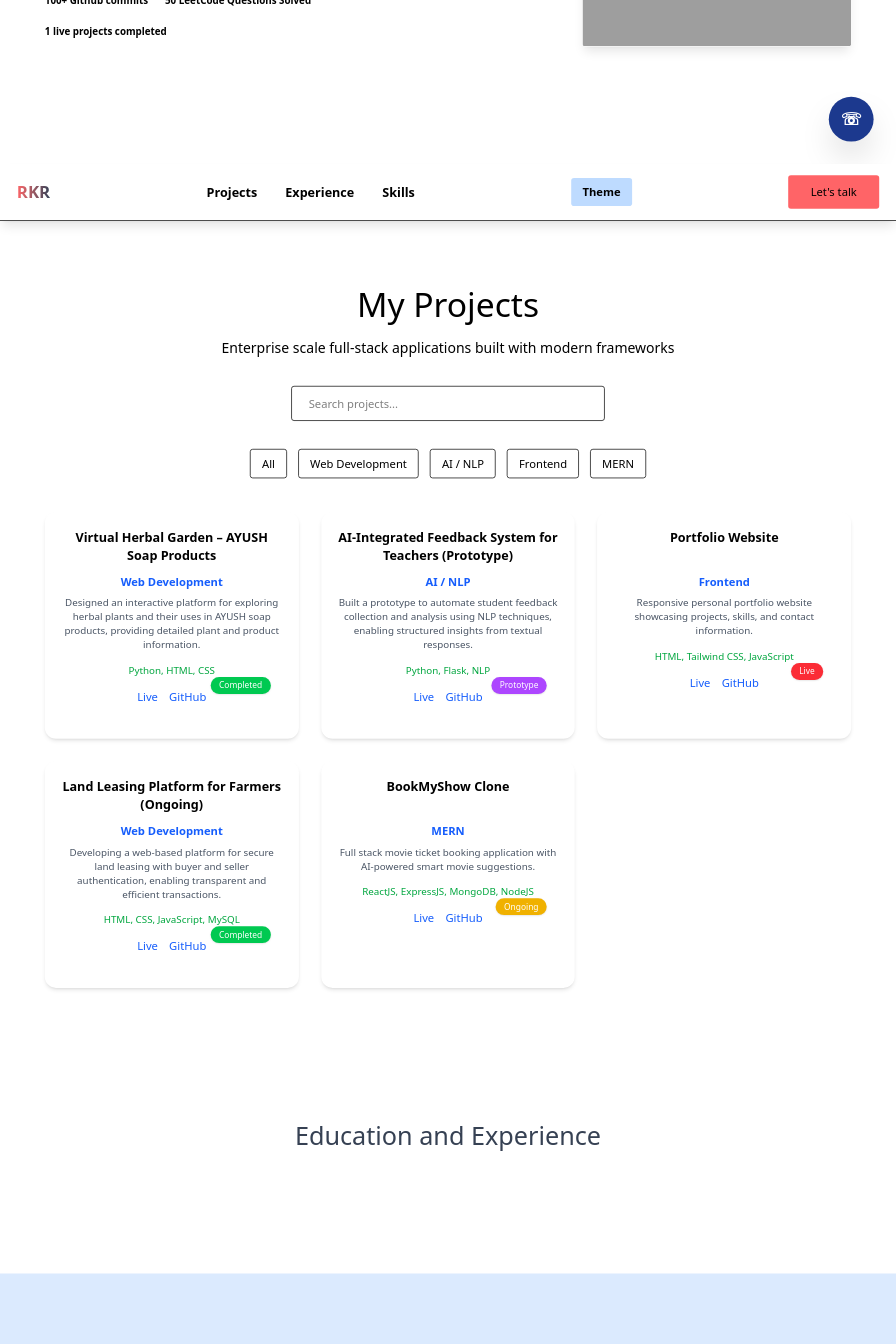
Repository: Rhaashee/myProfile
Page: index.html
An editor plug-in stored every save of this project. The page is shown before and after the next save, followed by the edit.
The browser window is 1280 px wide. The pictures show the part of the page from y = 485 to 2405 px (the page is 3161 px tall), at 70% of full size.
Pictures or frames that could not be fetched are drawn as grey boxes.

Above is the page before, as saved 2026-04-27 17:12:28.
Console error: SyntaxError: Identifier 'projectsData' has already been declared

### index.html
<!-- MERN_Stu_FebMay26Mys\W4\D5\portfolio-project\index.html -->
<!DOCTYPE html>
<html lang="en">

<head>
    <meta charset="UTF-8">
    <meta name="viewport" content="width=device-width, initial-scale=1.0">

    <title>Week 3 & 4 Portfolio Project</title>

    <script src="https://cdn.jsdelivr.net/npm/@tailwindcss/browser@4"></script>

    <link rel="stylesheet" href="css/custom.css">

</head>

<body>
    <!-- HERO SECTION -->

    <section
        class="min-h-screen flex flex-col lg:flex-row lg:items-center lg:justify-between px-8 lg:px-16 py-20 gap-12 lg:gap-20">

        <div class="order-2 lg:order-1 flex-1 lg:max-w-lg text-center lg:text-left">

            <h1 class="text-5xl mb-6 font-bold" style="font-family: 'Poppins', sans-serif;">Rhaashee L</h1>

            <p class="text-xl lg:text-2xl text-slate-600 font-bold mb-10 max-w-md mx-auto lg:mx-0">
                Full-Stack developer | MERN enthusiast | Competitive Programmer
            </p>

            <div
                class="flex flex-col sm:flex-row gap-4 justify-center lg:justify-start items-center lg:items-start mb-8">

                <a href="#projects" class="bg-red-400 hover:bg-green-500 px-10 py-4 rounded shadow-xl">
                    View Projects
                </a>

                <a href="#resume" class="bg-blue-400 hover:bg-green-500 px-10 py-4 rounded shadow-xl">
                    Download Resume
                </a>

            </div>

            <div class="flex flex-wrap gap-6 justify-center lg:justify-start text-sm font-bold">

                <span>100+ Github commits</span>
                <span>50 LeetCode Questions Solved</span>
                <span>1 live projects completed</span>

            </div>

        </div>

        <div class="order-1 lg:order-2 w-full lg:w-96 max-w-sm mx-auto lg:mx-0">

            <img src="assets/images/img.jpg" alt="My photo"
                class="aspect-square w-full rounded shadow-lg mx-auto lg:mx-0 hover:ring-blue-500 transition-all duration-300 hover:scale-[1.02]"
                loading="lazy">

        </div>

    </section>

    <!-- NAVBAR -->

    <nav class="sticky top-0 z-50 bg-white/95 backdrop-blur-md border-b shadow-lg">

        <div class="max-w-7xl mx-auto px-6 py-4 flex items-center justify-between">

            <a href="#"
                class="text-2xl font-bold bg-clip-text bg-gradient-to-r from-red-400 to-slate-700 text-transparent">
                RKR
            </a>

            <ul class="hidden md:flex items-center gap-10">

                <li><a href="#projects" class="text-lg font-bold hover:text-blue-600">Projects</a></li>

                <li><a href="#experience" class="text-lg font-bold hover:text-blue-600">Experience</a></li>

                <li><a href="#skills" class="text-lg font-bold hover:text-blue-600">Skills</a></li>

            </ul>
            <button id="theme-toggle" class="bg-blue-200 px-4 py-2 rounded font-bold">Theme</button>
            <a href="#contact" class="bg-red-400 hover:bg-green-500 rounded transition-all duration-300 px-8 py-3">
                Let's talk
            </a>

        </div>

    </nav>

    <!-- PROJECTS -->

    <section id="projects" class="py-24 px-8 lg:px-16">

        <div class="max-w-7xl mx-auto">

            <div class="text-center mb-10">

                <h2 class="text-4xl lg:text-5xl mb-6">My Projects</h2>

                <p class="text-xl max-w-2xl mx-auto">
                    Enterprise scale full-stack applications built with modern frameworks
                </p>

            </div>

            <!-- Project Search (Feature will attach here) -->

            <div class="mb-10 text-center">

                <input id="project-search" type="text" placeholder="Search projects..."
                    class="border rounded px-6 py-3 w-full max-w-md">

            </div>

            <!-- Project Filter Bar -->

            <div id="project-filters" class="flex flex-wrap justify-center gap-4 mb-12">
            </div>

            <!-- Dynamic container for projects -->

            <div id="projects-container" class="grid grid-cols-1 md:grid-cols-2 lg:grid-cols-3 gap-8">
            </div>

        </div>

    </section>

    <!-- EXPERIENCE -->

    <section id="experience" class="py-24 px-8 lg:px-16">

        <div class="max-w-4xl mx-auto">

            <h2 class="text-4xl text-gray-700 text-center mb-20">
                Education and Experience
            </h2>

            <!-- existing experience cards remain unchanged -->

        </div>

    </section>

    <!-- SKILLS -->

    <section id="skills" class="py-24 px-8 lg:px-16 bg-blue-100">

        <div class="max-w-7xl mx-auto">

            <h2 class="text-4xl text-center font-bold mb-20">
                Skills
            </h2>

            <!-- Dynamic Skills Container -->

            <div id="skills-container" class="grid grid-cols-1 md:grid-cols-2 lg:grid-cols-4 gap-8">
            </div>

        </div>

    </section>

    <!-- CONTACT MODAL -->

    <button id="modal-trigger"
        class="fixed bottom-8 right-8 w-16 h-16 bg-blue-900 text-white rounded-full shadow-2xl flex items-center justify-center text-2xl font-bold">
        ☏
    </button>

    <div id="contact-modal" class="fixed inset-0 z-50 hidden bg-black/50 backdrop-blur-md">

        <div class="flex items-center justify-center min-h-screen p-4">

            <div id="modal-content"
                class="bg-white w-full max-w-md rounded-2xl shadow-2xl scale-95 opacity-0 transition-all duration-300">

                <div class="sticky top-0 border-b p-8 pt-12 bg-white">

                    <h3 class="text-2xl font-bold">Contact Me</h3>

                    <button id="modal-close" class="absolute top-6 right-6 text-2xl font-bold">
                        ×
                    </button>

                </div>

                <form id="contact-form" class="p-8 space-y-4">

                    <input id="contact-name" type="text" placeholder="Your name"
                        class="w-full border rounded px-4 py-3">

                    <input id="contact-email" type="email" placeholder="email@website.com"
                        class="w-full border rounded px-4 py-3">

                    <p id="form-message" class="text-sm text-red-500"></p>

                    <div class="flex flex-col sm:flex-row gap-4 pt-4">

                        <button type="button" id="form-cancel" class="flex-1 font-bold py-4 px-6">
                            Cancel
                        </button>

                        <button type="submit" class="flex-1 font-bold py-4 px-6">
                            Submit
                        </button>

                    </div>

                </form>

            </div>

        </div>

    </div>
    <!-- SWIPE TO HOME BUTTON -->

    <button id="home-swiper"
        class="fixed bottom-8 left-8 bg-pink-200 text-white px-5 py-3 rounded-full shadow-xl hover:bg-blue-600 transition">
        Back to Home
    </button>
    <!-- MAIN JS ENTRY-->

    <script src="js/data/projects.js"></script>
    <script src="js/data/skills.js"></script>
    <script src="js/features/skills-render.js"></script>
    <script src="js/features/modal.js"></script>
    <script src="js/features/contact-validation.js"></script>
    <script src="js/features/theme-toggle.js"></script>
    <script src="js/data/projects.js"></script>
    <script src="js/features/project-filter.js"></script>
    <script src="js/features/project-search.js"></script>
    <script src="js/main.js"></script>
    <script src="js/features/BackToTop.js"></script>



</body>

</html>

### css/custom.css
.dark-mode{
    background-color: black;
    color: white;
}
.dark-mode nav{
    background-color: rgb(178, 173, 173);
    color: white;
}
.dark-mode section{
    background-color: rgb(0, 0, 0);
    color: white;
}
.dark-mode .bg-blue-100{
    background-color: rgb(235, 236, 240);
    color: rgb(153, 145, 145);
}
.dark-mode .bg-white{
    background-color: rgb(0, 0, 0);
}
.dark-mode .text-gray-700{
    color: white;
}
.line-clamp-2 {
  display: -webkit-box;
  -webkit-line-clamp: 2;
  -webkit-box-orient: vertical;
  overflow: hidden;
}

### js/data/skills.js

const skillsData = [
  {
    id: 1,
    name: "MongoDB",
    shortLabel: "MDB",
    description: "NoSQL database for handling unstructured data and scalable applications."
  },
  {
    id: 2,
    name: "ExpressJS",
    shortLabel: "Exp",
    description: "Backend framework for building REST APIs and server-side applications."
  },
  {
    id: 3,
    name: "ReactJS",
    shortLabel: "R",
    description: "Component-based UI development with hooks and state management."
  },
  {
    id: 4,
    name: "NodeJS",
    shortLabel: "Node",
    description: "JavaScript runtime for building scalable backend services."
  },
  {
    id: 5,
    name: "Power BI",
    shortLabel: "BI",
    description: "Interactive dashboards and data visualization for business insights."
  },
  {
    id: 6,
    name: "Tableau",
    shortLabel: "Tb",
    description: "Data visualization and storytelling through charts and dashboards."
  },

];

### js/features/skills-render.js
function renderSkills(){
    const skillsContainer = document.getElementById("skills-container");

    if(!skillsContainer){
        console.log("Skills Contianer not found");
        return;
    }
    skillsContainer.innerHTML = "";
    skillsData.forEach(function(skill){
        // to create outer card
        const card = document.createElement("div");
        card.className = "p-8 text-center bg-white rounded-3xl shadow-lg";

        // create icon
        const iconBox = document.createElement("div");
        iconBox.className = "w-20 h-20 mx-auto mb-4 bg-green-900 rounded-2xl flex item-center justify-center";

        // create icon
        const iconText = document.createElement("span");
        iconText.className = "text-2xl text-white font-bold"
        iconText.textContent = skill.shortLabel;

        // Put iconText inside iconBox
        iconBox.appendChild(iconText);

        // create a skill name
        const skillsName = document.createElement("h3");
        skillsName.className = "text-xl font-bold mb-2";
        skillsName.textContent = skill.name;

        // create skill description
        const skillDescription = document.createElement("p");
        skillDescription.className = "text-sm";
        skillDescription.textContent = skill.description;

        // append all child elements to card
        card.appendChild(iconBox);
        card.appendChild(skillsName);
        card.appendChild(skillDescription);

        // append card to skills container
        skillsContainer.appendChild(card);
    });
    console.log("Skills rendered successfully");
}

### js/features/modal.js
function initModal(){
    const modal = document.getElementById("contact-modal");
    const modalContent = document.getElementById("modal-content");
    const modalTrigger = document.getElementById("modal-trigger");
    const modalClose = document.getElementById("modal-close");
    const formCancel = document.getElementById("form-cancel");

    if(!modal || !modalContent || !modalTrigger || !modalClose || !formCancel){
        console.log("Modal element not found");
        return;
    }
    function openModal(){
        modal.classList.remove("hidden");

        setTimeout(function(){
            modalContent.classList.remove("scale-95","opacity-0");
        },10);
    }
    function closeModal(){
        modalContent.classList.add("scale-95","opacity-0");
        setTimeout(function(){
            modal.classList.add("hidden");
        },200);
    }
    modalTrigger.addEventListener("click",openModal);
    modalClose.addEventListener("click",closeModal);
    formCancel.addEventListener("click",closeModal);

    //close when clicking on backdrop
    modal.addEventListener("click",function(event){
        if(event.target === modal){
            closeModal();
        }
    });
    console.log("Modal opened successfully");
}

### js/features/theme-toggle.js
function initThemeToggle(){
    const toggleBtn = document.getElementById("theme-toggle");
    const body = document.body;

    const savedTheme = localStorage.getItem("portfolio-theme");

    if(savedTheme === "dark"){
        body.classList.add("dark-mode");
    }
    toggleBtn.addEventListener("click",function(){
        body.classList.toggle("dark-mode");
        if(body.classList.contains("dark-mode")){
            localStorage.setItem("portfolio-theme","dark");
            console.log("Dark mode enanbled");
        }else{
            localStorage.setItem("portfolio-theme","light");
            console.log("Light mode enanbled");
        }
    });
}

### js/features/project-filter.js
// RENDER + FILTER UI
function renderProjects(projects) {
    const container = document.getElementById("projects-container");
    container.innerHTML = "";

    projects.forEach((project) => {

        const card = document.createElement("div");
        card.className =
            "bg-white rounded-2xl shadow-md p-6 pb-12 text-center hover:shadow-xl transition";

        const wrapper = document.createElement("div");
        wrapper.className = "relative";

        // Status badge (bottom-right)
        const badge = document.createElement("span");
        badge.className =
            "absolute bottom-4 right-4 text-white text-xs px-3 py-1 rounded-full shadow";

        // status color
        if (project.status === "Completed") badge.classList.add("bg-green-500");
        else if (project.status === "Ongoing") badge.classList.add("bg-yellow-500");
        else if (project.status === "Prototype") badge.classList.add("bg-purple-500");
        else badge.classList.add("bg-red-500");

        badge.textContent = project.status;

        const title = document.createElement("h2");
        title.className =
            "text-lg font-semibold mb-2 leading-snug h-14 overflow-hidden line-clamp-2";
        title.textContent = project.name;

        const category = document.createElement("p");
        category.className = "text-blue-600 font-semibold mb-2";
        category.textContent = project.category;

        const desc = document.createElement("p");
        desc.className = "text-gray-600 text-sm mb-4";
        desc.textContent = project.description;

        const tech = document.createElement("p");
        tech.className = "text-green-600 text-sm mb-4";
        tech.textContent = project.technologies.join(", ");

        const links = document.createElement("div");
        links.className = "flex justify-center gap-4";

        const live = document.createElement("a");
        live.href = project.liveDemo;
        live.textContent = "Live";
        live.className = "text-blue-600 hover:underline";

        const github = document.createElement("a");
        github.href = project.github;
        github.textContent = "GitHub";
        github.className = "text-blue-600 hover:underline";

        links.append(live, github);

        wrapper.append(badge, title, category, desc, tech, links);
        card.appendChild(wrapper);
        container.appendChild(card);
    });
}

// FILTER BUTTONS
function renderFilters() {
    const filterContainer = document.getElementById("project-filters");

    const categories = ["All", ...new Set(projectsData.map(p => p.category))];

    categories.forEach((cat) => {
        const btn = document.createElement("button");
        btn.textContent = cat;
        btn.className =
            "px-4 py-2 border rounded hover:bg-blue-500 hover:text-white";

        btn.addEventListener("click", () => {
            if (cat === "All") renderProjects(projectsData);
            else {
                const filtered = projectsData.filter(p => p.category === cat);
                renderProjects(filtered);
            }
        });

        filterContainer.appendChild(btn);
    });
}

### js/features/project-search.js
// SEARCH
document.addEventListener("DOMContentLoaded", () => {

    const searchInput = document.getElementById("project-search");

    // initial render
    renderProjects(projectsData);
    renderFilters();

    searchInput.addEventListener("input", () => {

        const term = searchInput.value.toLowerCase();

        const filtered = projectsData.filter((p) =>
            p.name.toLowerCase().includes(term) ||
            p.description.toLowerCase().includes(term) ||
            p.technologies.join(" ").toLowerCase().includes(term) ||
            p.category.toLowerCase().includes(term)
        );

        renderProjects(filtered);
    });

});

### js/main.js
document.addEventListener("DOMContentLoaded", function(){
    // Render Skills
    renderSkills();
    initModal();
    initContactValidation();
    initThemeToggle();
    SearchProjects();
})

### js/features/BackToTop.js
const swiperButton = document.getElementById("home-swiper");

// safety check (important)
if (swiperButton) {

    // hide initially
    swiperButton.style.display = "none";

    // scroll to top
    swiperButton.addEventListener("click", function () {
        window.scrollTo({
            top: 0,
            behavior: "smooth"
        });
    });

    // show on scroll
    window.addEventListener("scroll", function () {
        if (window.scrollY > 300) {
            swiperButton.style.display = "block";
        } else {
            swiperButton.style.display = "none";
        }
    });

}

Loaded but not shown: js/features/contact-validation.js (62 lines, source omitted); js/data/projects.js (58 lines, source omitted)

After the next save:
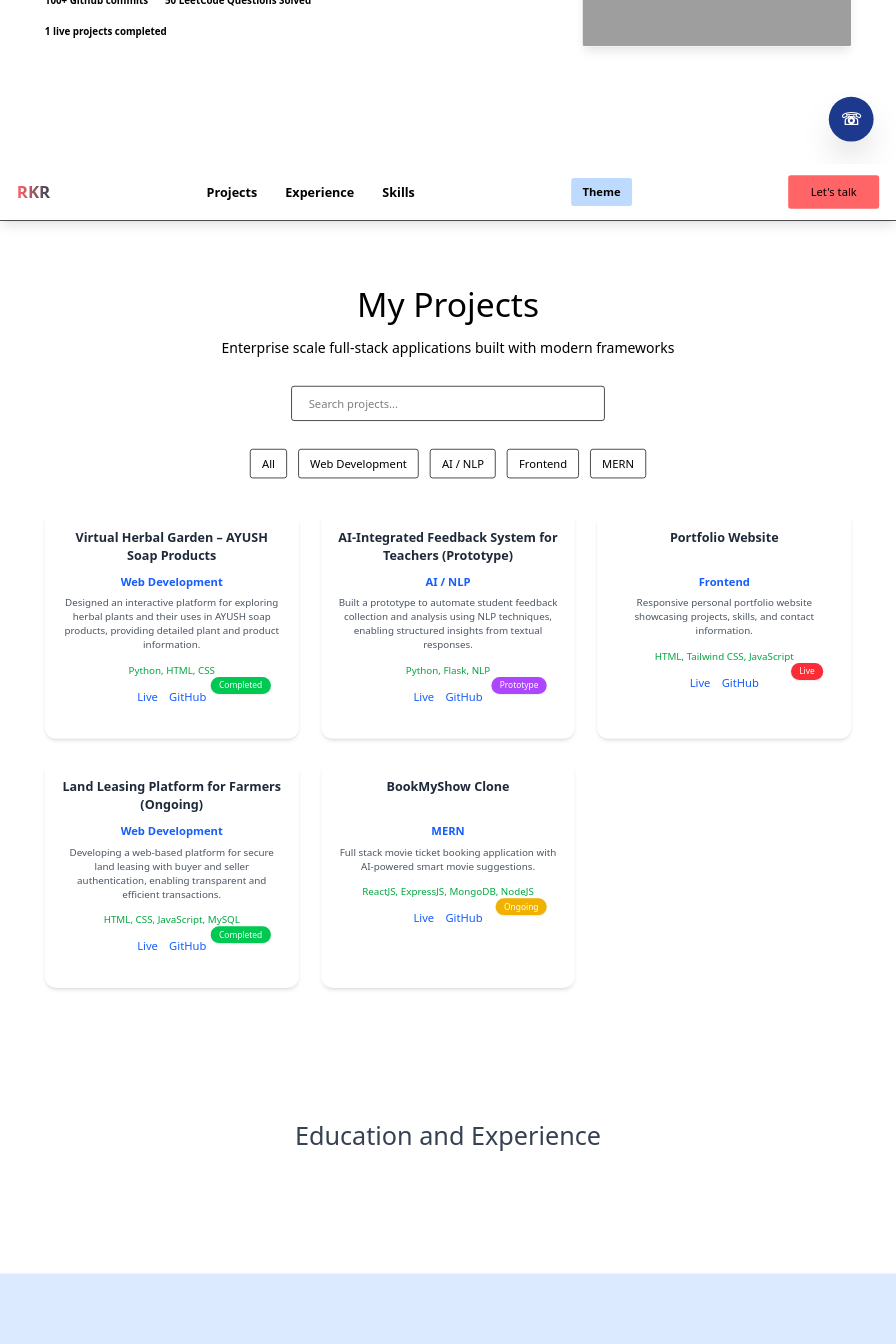
Saved 3 min 15 s later.
--- a/js/features/project-filter.js
+++ b/js/features/project-filter.js
@@ -1,88 +1,85 @@
 // RENDER + FILTER UI
 function renderProjects(projects) {
-    const container = document.getElementById("projects-container");
-    container.innerHTML = "";
+  const container = document.getElementById("projects-container");
+  container.innerHTML = "";
 
-    projects.forEach((project) => {
+  projects.forEach((project) => {
 
-        const card = document.createElement("div");
-        card.className =
-            "bg-white rounded-2xl shadow-md p-6 pb-12 text-center hover:shadow-xl transition";
+    const card = document.createElement("div");
+    card.className =
+      "bg-white dark:bg-blue-50 text-gray-800 dark:text-gray-900 rounded-2xl shadow-md p-6 pb-12 text-center hover:shadow-xl transition";
 
-        const wrapper = document.createElement("div");
-        wrapper.className = "relative";
+    const wrapper = document.createElement("div");
+    wrapper.className = "relative";
 
-        // Status badge (bottom-right)
-        const badge = document.createElement("span");
-        badge.className =
-            "absolute bottom-4 right-4 text-white text-xs px-3 py-1 rounded-full shadow";
+    // STATUS BADGE (bottom-right)
+    const badge = document.createElement("span");
+    badge.className =
+      "absolute bottom-4 right-4 text-white text-xs px-3 py-1 rounded-full shadow";
 
-        // status color
-        if (project.status === "Completed") badge.classList.add("bg-green-500");
-        else if (project.status === "Ongoing") badge.classList.add("bg-yellow-500");
-        else if (project.status === "Prototype") badge.classList.add("bg-purple-500");
-        else badge.classList.add("bg-red-500");
+    if (project.status === "Completed") badge.classList.add("bg-green-500");
+    else if (project.status === "Ongoing") badge.classList.add("bg-yellow-500");
+    else if (project.status === "Prototype") badge.classList.add("bg-purple-500");
+    else badge.classList.add("bg-red-500");
 
-        badge.textContent = project.status;
+    badge.textContent = project.status;
 
-        const title = document.createElement("h2");
-        title.className =
-            "text-lg font-semibold mb-2 leading-snug h-14 overflow-hidden line-clamp-2";
-        title.textContent = project.name;
+    const title = document.createElement("h2");
+    title.className =
+      "text-lg font-semibold mb-2 leading-snug h-14 overflow-hidden line-clamp-2";
+    title.textContent = project.name;
 
-        const category = document.createElement("p");
-        category.className = "text-blue-600 font-semibold mb-2";
-        category.textContent = project.category;
+    const category = document.createElement("p");
+    category.className = "text-blue-600 font-semibold mb-2";
+    category.textContent = project.category;
 
-        const desc = document.createElement("p");
-        desc.className = "text-gray-600 text-sm mb-4";
-        desc.textContent = project.description;
+    const desc = document.createElement("p");
+    desc.className = "text-gray-600 text-sm mb-4";
+    desc.textContent = project.description;
 
-        const tech = document.createElement("p");
-        tech.className = "text-green-600 text-sm mb-4";
-        tech.textContent = project.technologies.join(", ");
+    const tech = document.createElement("p");
+    tech.className = "text-green-600 text-sm mb-4";
+    tech.textContent = project.technologies.join(", ");
 
-        const links = document.createElement("div");
-        links.className = "flex justify-center gap-4";
+    const links = document.createElement("div");
+    links.className = "flex justify-center gap-4";
 
-        const live = document.createElement("a");
-        live.href = project.liveDemo;
-        live.textContent = "Live";
-        live.className = "text-blue-600 hover:underline";
+    const live = document.createElement("a");
+    live.href = project.liveDemo;
+    live.textContent = "Live";
+    live.className = "text-blue-600 hover:underline";
 
-        const github = document.createElement("a");
-        github.href = project.github;
-        github.textContent = "GitHub";
-        github.className = "text-blue-600 hover:underline";
+    const github = document.createElement("a");
+    github.href = project.github;
+    github.textContent = "GitHub";
+    github.className = "text-blue-600 hover:underline";
 
-        links.append(live, github);
+    links.append(live, github);
 
-        wrapper.append(badge, title, category, desc, tech, links);
-        card.appendChild(wrapper);
-        container.appendChild(card);
-    });
+    wrapper.append(badge, title, category, desc, tech, links);
+    card.appendChild(wrapper);
+    container.appendChild(card);
+  });
 }
 
 // FILTER BUTTONS
 function renderFilters() {
-    const filterContainer = document.getElementById("project-filters");
+  const filterContainer = document.getElementById("project-filters");
 
-    const categories = ["All", ...new Set(projectsData.map(p => p.category))];
+  const categories = ["All", ...new Set(projectsData.map(p => p.category))];
 
-    categories.forEach((cat) => {
-        const btn = document.createElement("button");
-        btn.textContent = cat;
-        btn.className =
-            "px-4 py-2 border rounded hover:bg-blue-500 hover:text-white";
+  categories.forEach((cat) => {
+    const btn = document.createElement("button");
 
-        btn.addEventListener("click", () => {
-            if (cat === "All") renderProjects(projectsData);
-            else {
-                const filtered = projectsData.filter(p => p.category === cat);
-                renderProjects(filtered);
-            }
-        });
+    btn.textContent = cat;
+    btn.className =
+      "px-4 py-2 border rounded hover:bg-blue-500 hover:text-white";
 
-        filterContainer.appendChild(btn);
+    btn.addEventListener("click", () => {
+      if (cat === "All") renderProjects(projectsData);
+      else renderProjects(projectsData.filter(p => p.category === cat));
     });
+
+    filterContainer.appendChild(btn);
+  });
 }
